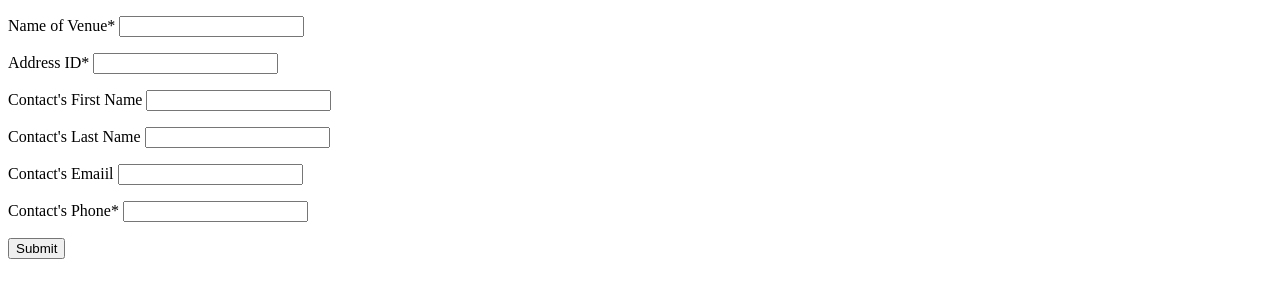
Repository: JoeyTatu/AWSCloud9Backup-GoldenYearsProject
Page: keithhtml/vanue.html
The author's editor kept a record of every edit. The page is drawn from the files as they stood at one moment, then again after the next edit.
The browser window is 1280 px wide. The pictures show the whole page.

Above is the page before.

After the next edit:
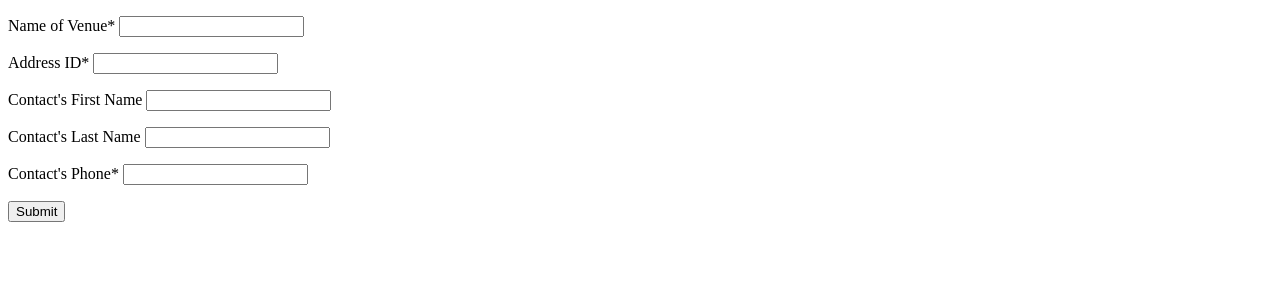
The edit:
--- a/keithhtml/vanue.html
+++ b/keithhtml/vanue.html
@@ -22,12 +22,8 @@
         <input type="text" name="venue_contact_last_name" id="venue_contact_last_name">
     </p>
         <p>
-        <label for="contact_email">Contact's Emaiil</label>
-        <input type="email" name="contact_email" id="contact_email">
-    </p>
-        <p>
-        <label for="contact_phone">Contact's Phone*</label>
-        <input type="tel" name="contact_phone" id="contact_phone" required>
+        <label for="venue_phone">Contact's Phone*</label>
+        <input type="tel" name="contact_phone" id="venue_phone" required>
     </p>
     <input type="submit" value="Submit">
 </form>
